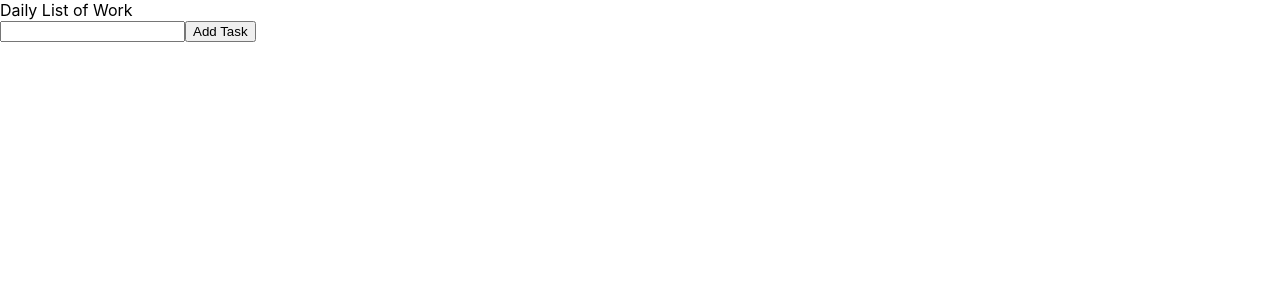
Repository: iamjayenmthakuri/todolist
Page: /
The author's editor kept a copy of each file at every save. The page is drawn from the files as they stood at one save, then again after the next save.
The browser window is 1280 px wide. The pictures show the whole page.
The project was rebuilt for these pictures with package versions that can differ from the ones it lists, and the page was loaded fresh each time.

Above is the page before, as saved 2022-09-19 09:27:50.

After the next save:
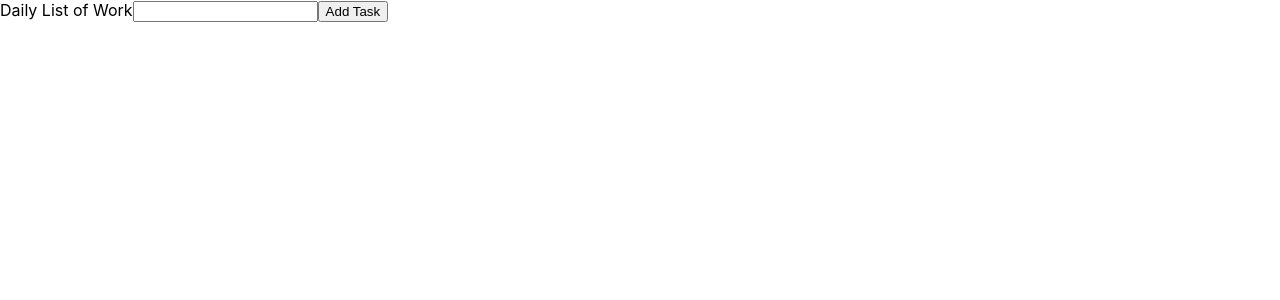
Saved 4 min 14 s later.
--- a/src/App.js
+++ b/src/App.js
@@ -18,7 +18,7 @@ const addTask = () => {
 };
 
 const deleteTask = (id) => {
-  setTodoList(todoList.filter((task)=>task.id !==id));
+  setTodoList(todoList.filter((task) => task.id !== id));
 };
 
 
@@ -26,7 +26,7 @@ const deleteTask = (id) => {
 
   return (
     <div>
-    <div>Daily List of Work</div>
+    <div>Daily List of Work
 
     <input onChange={handleOnChange} />
     <button onClick={addTask}>Add Task</button>
@@ -36,8 +36,9 @@ const deleteTask = (id) => {
          <h1>{task.taskName}</h1>
       <h5><button onClick={()=>deleteTask(task.id)}>X</button></h5>
       </>
-    )})}
-
+    );
+    })}
+    </div>
     </div>
   );
 }
